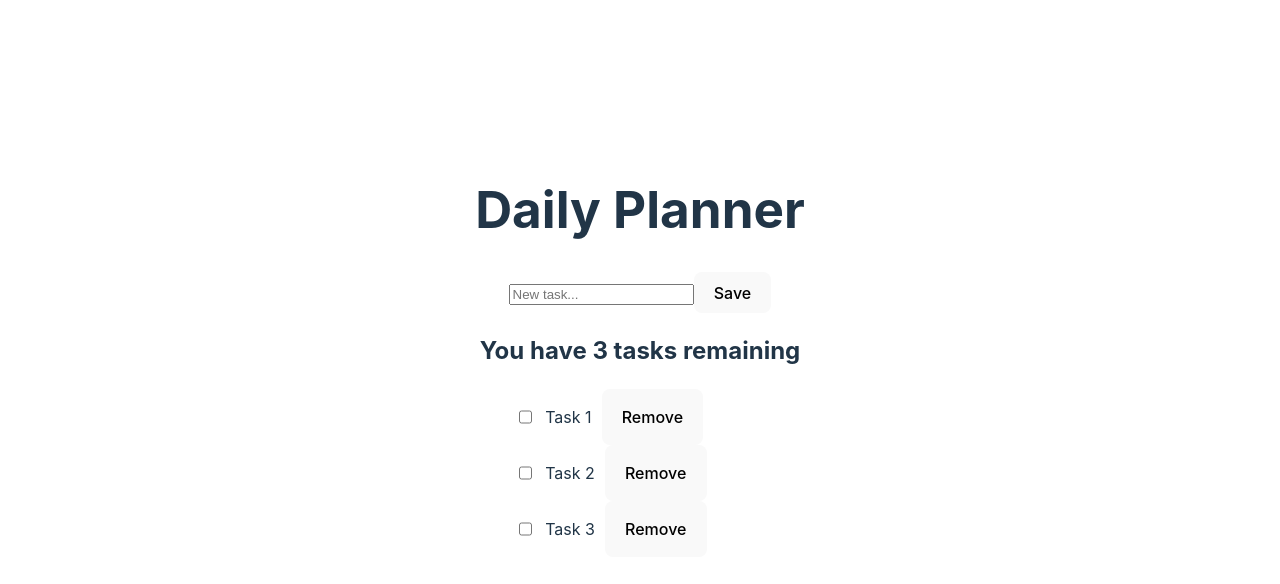
Repository: Vanessahyc/COMP3170_Week6_Lab4
Page: /
These files come from the project's save history. The page is drawn as it stood at one moment and after the next save; the edit follows.
The browser window is 1280 px wide. The pictures show the whole page.
The project was rebuilt for these pictures with package versions that can differ from the ones it lists, and the page was loaded fresh each time. Also part of the build but not shown: vite.config.js.

Above is the page before, as saved 2024-10-20 00:05:00.

### src/App.jsx
import { useState } from 'react';
// import reactLogo from './assets/react.svg'
// import viteLogo from '/vite.svg'
import './App.css';
import TaskList from './components/TaskList';
import { initialTasksList } from './data/initialTasksList';


function App() {
  const [preTaskList, setPreTaskList] = useState(initialTasksList);

  const [newTask, setNewTask] = useState('');

  const handleInputChange = (e) => {setNewTask(e.target.value);};

  const handleSave = (e) => {
    e.preventDefault();
    if (newTask.trim()) {
      const newTaskDefault = {id: preTaskList.length ? preTaskList[preTaskList.length - 1].id + 1 : 1, task: newTask, completed: false};
      setPreTaskList([...preTaskList, newTaskDefault]);
      setNewTask('');
    }
  };

  const handleRemove = (taskId) => {
    setPreTaskList(prevTasksStatus => prevTasksStatus.filter(task => task.id !== taskId));
  };

  const handleToggleCheckbox = (taskId) => {
    setPreTaskList(prevTasksStatus => prevTasksStatus.map(task => task.id === taskId ? { ...task, completed: !task.completed } : task ));
  };

  return (
    <>
      <header>
        <h1>Daily Planner</h1>
      </header>
      <form onSubmit={handleSave}>
        <input type='text' className='input_box' placeholder='New task...' value={newTask} onChange={handleInputChange}/>
        <button type='submit' className='save_btn'>Save</button>
      </form>
      <TaskList taskRemain={preTaskList} onRemove={handleRemove} onToggle={handleToggleCheckbox} />
    </>
  )
}

export default App

### src/App.css
#root {
  max-width: 1280px;
  margin: 0 auto;
  padding: 2rem;
  text-align: center;
}

.logo {
  height: 6em;
  padding: 1.5em;
  will-change: filter;
  transition: filter 300ms;
}
.logo:hover {
  filter: drop-shadow(0 0 2em #646cffaa);
}
.logo.react:hover {
  filter: drop-shadow(0 0 2em #61dafbaa);
}

@keyframes logo-spin {
  from {
    transform: rotate(0deg);
  }
  to {
    transform: rotate(360deg);
  }
}

@media (prefers-reduced-motion: no-preference) {
  a:nth-of-type(2) .logo {
    animation: logo-spin infinite 20s linear;
  }
}

.card {
  padding: 2em;
}

.read-the-docs {
  color: #888;
}

.task {
  list-style: none;
  display: flex;
  gap: 10px;
}

### src/components/TaskList.jsx
// export default function TaskList({taskRemain, onRemove, onToggle}) {
//     const tasksNum = taskRemain.filter(task => !task.completed).length;
//     const taskList = taskRemain.map((tasksItem) => (
//         <li key={tasksItem.id} className="task">
//             <input type="checkbox" checked={tasksItem.completed} onChange={() => onToggle(tasksItem.id)}/>
//             <p className={`task-topic ${tasksItem.completed ? 'checked' : ''}`}>{tasksItem.task}</p>
//             <button onClick={() => onRemove(tasksItem.id)}>Remove</button>
//         </li>
//     ));


//     return(
//         <>
//           <h2>You have {tasksNum} tasks remaining</h2>
//           <ul>
//             {taskList}
//           </ul>
//         </>
//     );
// }

export default function TaskList({ taskRemain, onRemove, onToggle }) {
  // Calculate remaining tasks that are not completed
  const tasksNum = taskRemain.filter(task => !task.completed).length;

  // Create the list of tasks to display
  const taskList = taskRemain.map((tasksItem) => (
    <li key={tasksItem.id} className="task">
      <input type="checkbox" checked={tasksItem.completed} onChange={() => onToggle(tasksItem.id)} />
      <p className={`task-topic ${tasksItem.completed ? 'checked' : ''}`}>{tasksItem.task}</p>
      <button onClick={() => onRemove(tasksItem.id)}>Remove</button>
    </li>
  ));

  return (
    <>
      <h2>You have {tasksNum} tasks remaining</h2>
      <ul className="tasklist_container">
        {taskList}
      </ul>
    </>
  );
}

### src/data/initialTasksList.js
export const initialTasksList = [
    {
      id: 1,
      task: 'Task 1',
      completed: false
    },
    {
      id: 2,
      task: 'Task 2',
      completed: false
    },
    { id: 3,
      task: 'Task 3',
      completed: false
    }
  ];

Loaded but not shown: index.html (common file); src/main.jsx (common file); src/index.css (common file)

After the next save:
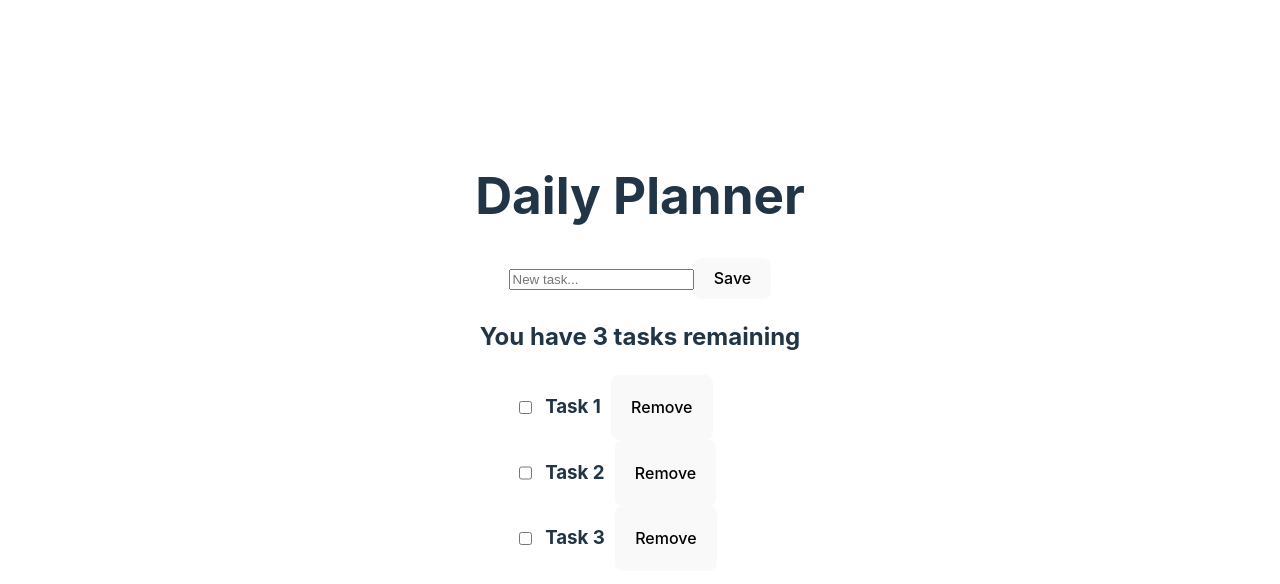
Saved 64 s later.
--- a/src/components/TaskList.jsx
+++ b/src/components/TaskList.jsx
@@ -27,7 +27,7 @@ export default function TaskList({ taskRemain, onRemove, onToggle }) {
   const taskList = taskRemain.map((tasksItem) => (
     <li key={tasksItem.id} className="task">
       <input type="checkbox" checked={tasksItem.completed} onChange={() => onToggle(tasksItem.id)} />
-      <p className={`task-topic ${tasksItem.completed ? 'checked' : ''}`}>{tasksItem.task}</p>
+      <h3 className={`task-topic ${tasksItem.completed ? 'checked' : ''}`}>{tasksItem.task}</h3>
       <button onClick={() => onRemove(tasksItem.id)}>Remove</button>
     </li>
   ));
